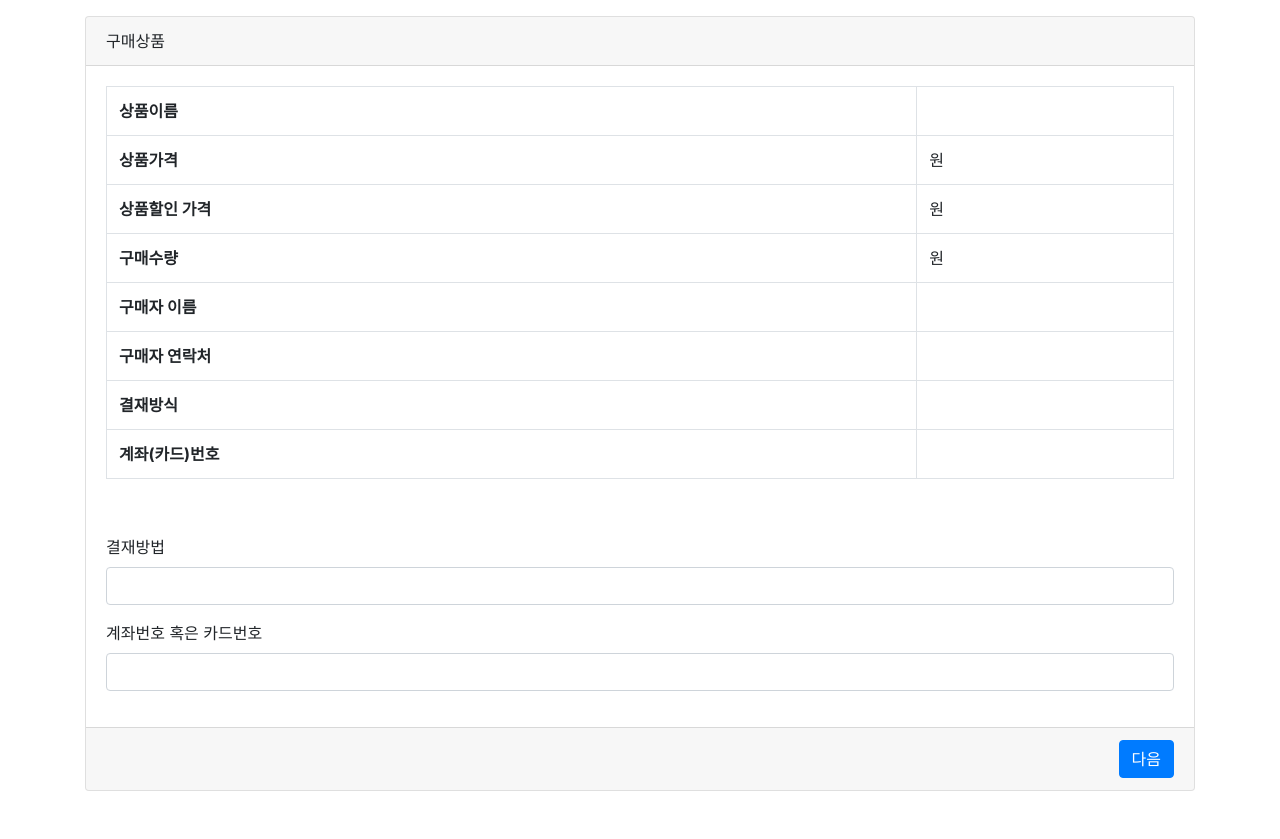
Repository: Hayebeom/workspace
Page: http://localhost/spring-mvc/WEB-INF/views/order/step3.jsp
An editor plug-in stored every save of this project. The page is shown before and after the next save, followed by the edit.
The browser window is 1280 px wide. The pictures show the whole page.
The page is served by Tomcat 9. Nobody is signed in. The template is opened directly, without the code that normally fills it, so the values that code supplies are empty.

Above is the page before, as saved 2020-08-04 07:38:57.

After the next save:
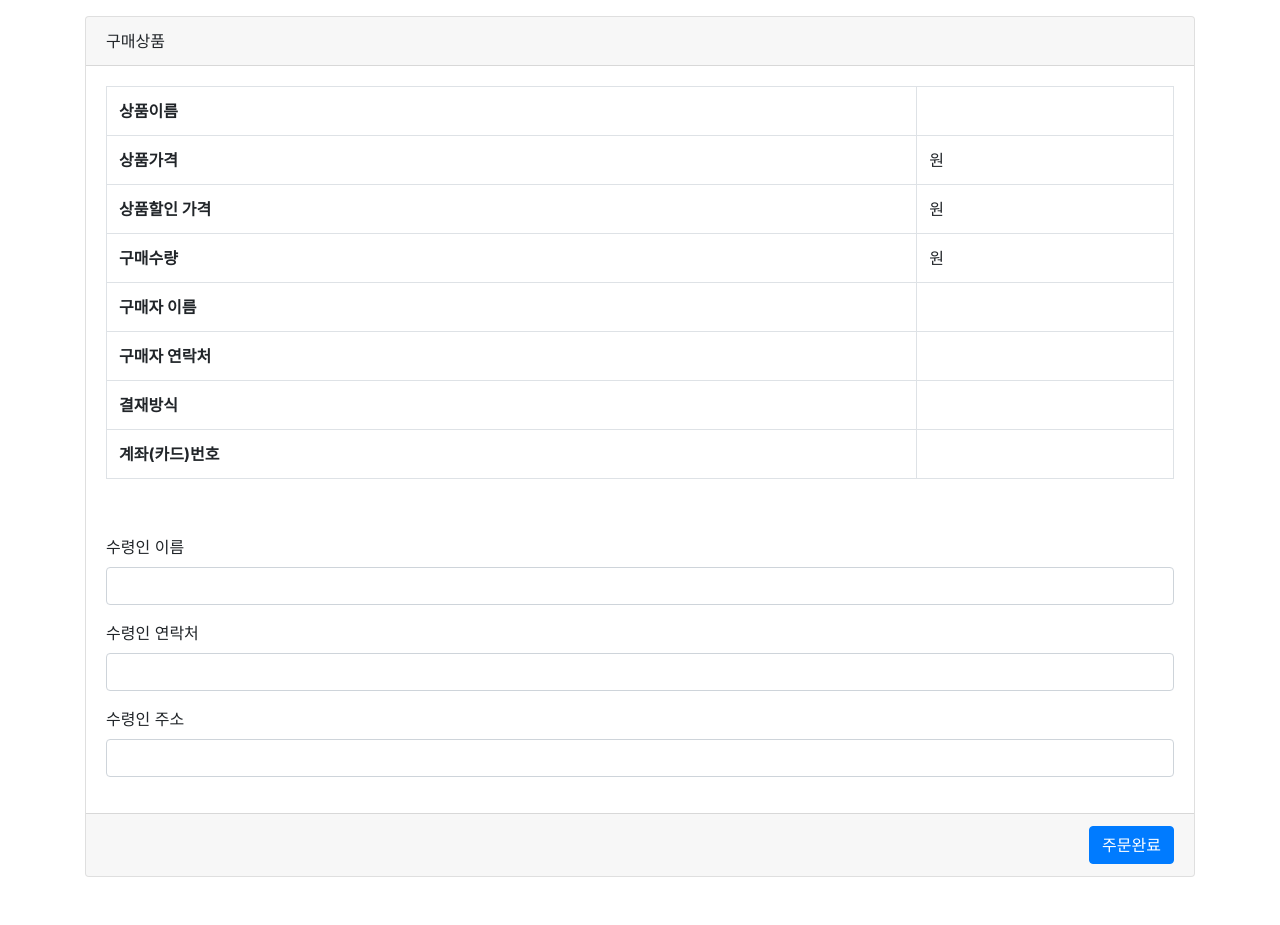
Saved 2 min 4 s later.
--- a/spring-mvc/src/main/webapp/WEB-INF/views/order/step3.jsp
+++ b/spring-mvc/src/main/webapp/WEB-INF/views/order/step3.jsp
@@ -57,16 +57,20 @@
 				</div>
 				<div class="card-body">
 					<div class="form-group">
-						<label>결재방법</label>
-						<input type="text" class="form-control" name="payType">
+						<label>수령인 이름</label>
+						<input type="text" class="form-control" name="receiverUsername">
 					</div>
 					<div class="form-group">
-						<label>계좌번호 혹은 카드번호</label>
-						<input type="text" class="form-control" name="payAccount">
+						<label>수령인 연락처</label>
+						<input type="text" class="form-control" name="receiverTel">
+					</div>
+					<div class="form-group">
+						<label>수령인 주소</label>
+						<input type="text" class="form-control" name="receiverAddress">
 					</div>
 				</div>
 				<div class="card-footer text-right">
-					<button type="submit" class="btn btn-primary">다음</button>
+					<button type="submit" class="btn btn-primary">주문완료</button>
 				</div>
 			</form>
 			</div>
